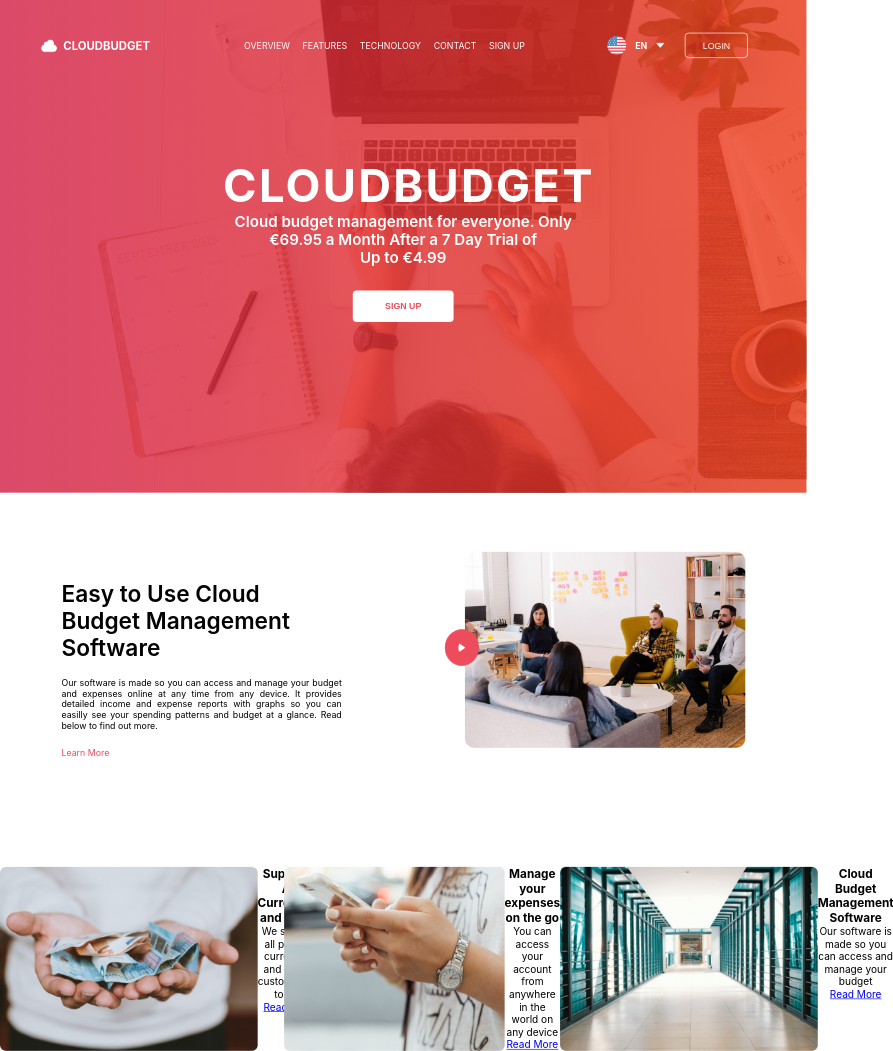
Repository: Ola-22/cloudBudget
Page: /
These files come from the project's save history. The page is drawn as it stood at one moment and after the next save; the edit follows.
The browser window is 1280 px wide. The page is 1418 px wide, then 1280 px, then 1418 px, so the pictures cover 1418 px, including what lies to the right of the window. The pictures show the whole page, at 63% of full size.
The project was rebuilt for these pictures with package versions that can differ from the ones it lists, and the page was loaded fresh each time.

Above is the page before, as saved 2021-09-13 12:38:44.

After the next save:
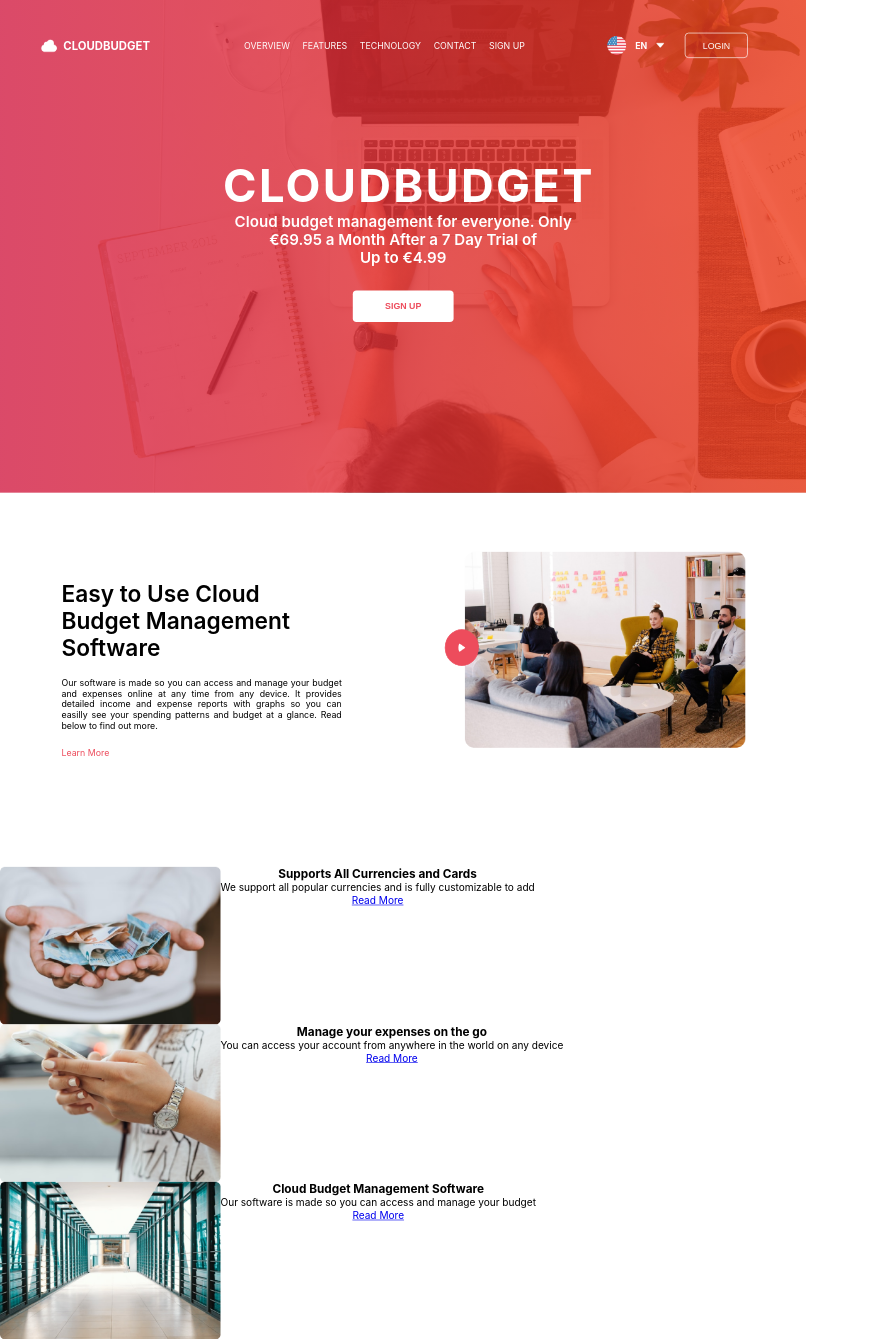
Saved 9 s later.
--- a/src/Components/Features/index.jsx
+++ b/src/Components/Features/index.jsx
@@ -2,7 +2,7 @@
 
 export default function Features() {
   return (
-    <div style={{ display: "flex", justifyContent: "space-around" }}>
+    <div style={{ display: "", justifyContent: "space-around" }}>
       <FeaturesCard
         src="/images/features1.png"
         title="Supports All Currencies and Cards"

After the save that followed:
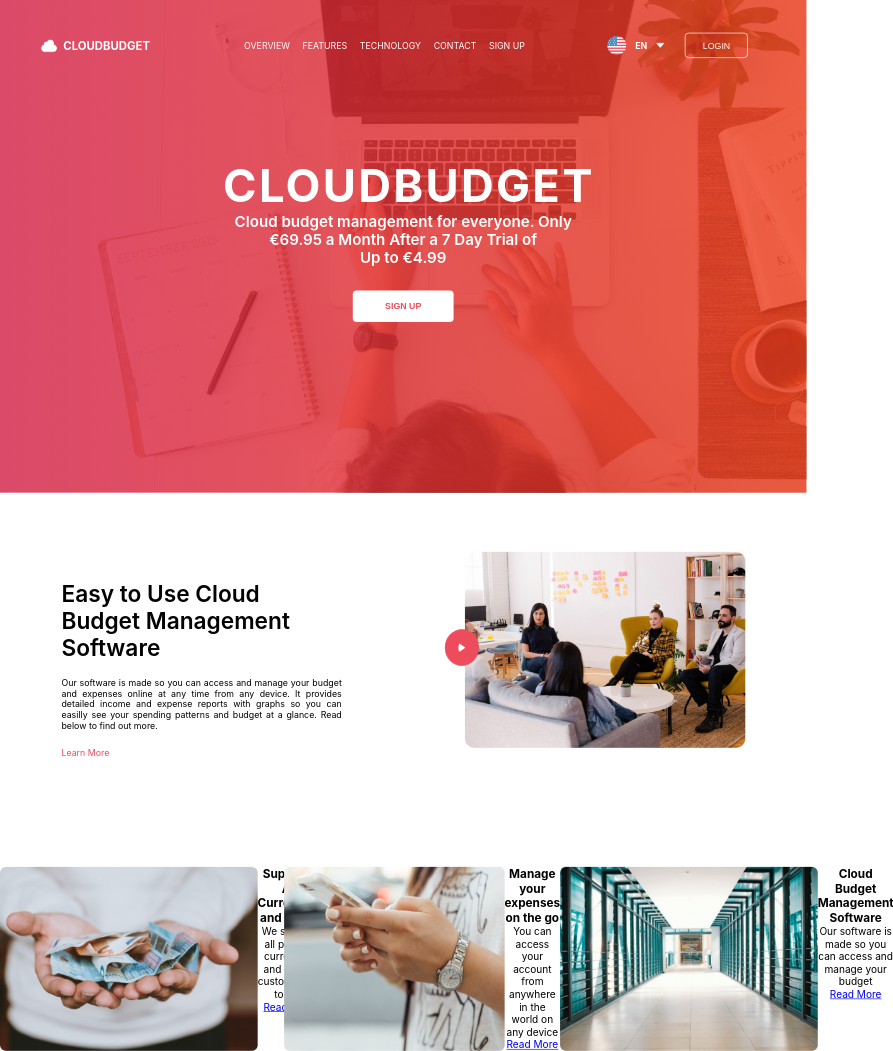
Saved 6 s later.
--- a/src/Components/Features/index.jsx
+++ b/src/Components/Features/index.jsx
@@ -2,7 +2,7 @@
 
 export default function Features() {
   return (
-    <div style={{ display: "", justifyContent: "space-around" }}>
+    <div style={{ display: "flex", justifyContent: "space-around" }}>
       <FeaturesCard
         src="/images/features1.png"
         title="Supports All Currencies and Cards"
